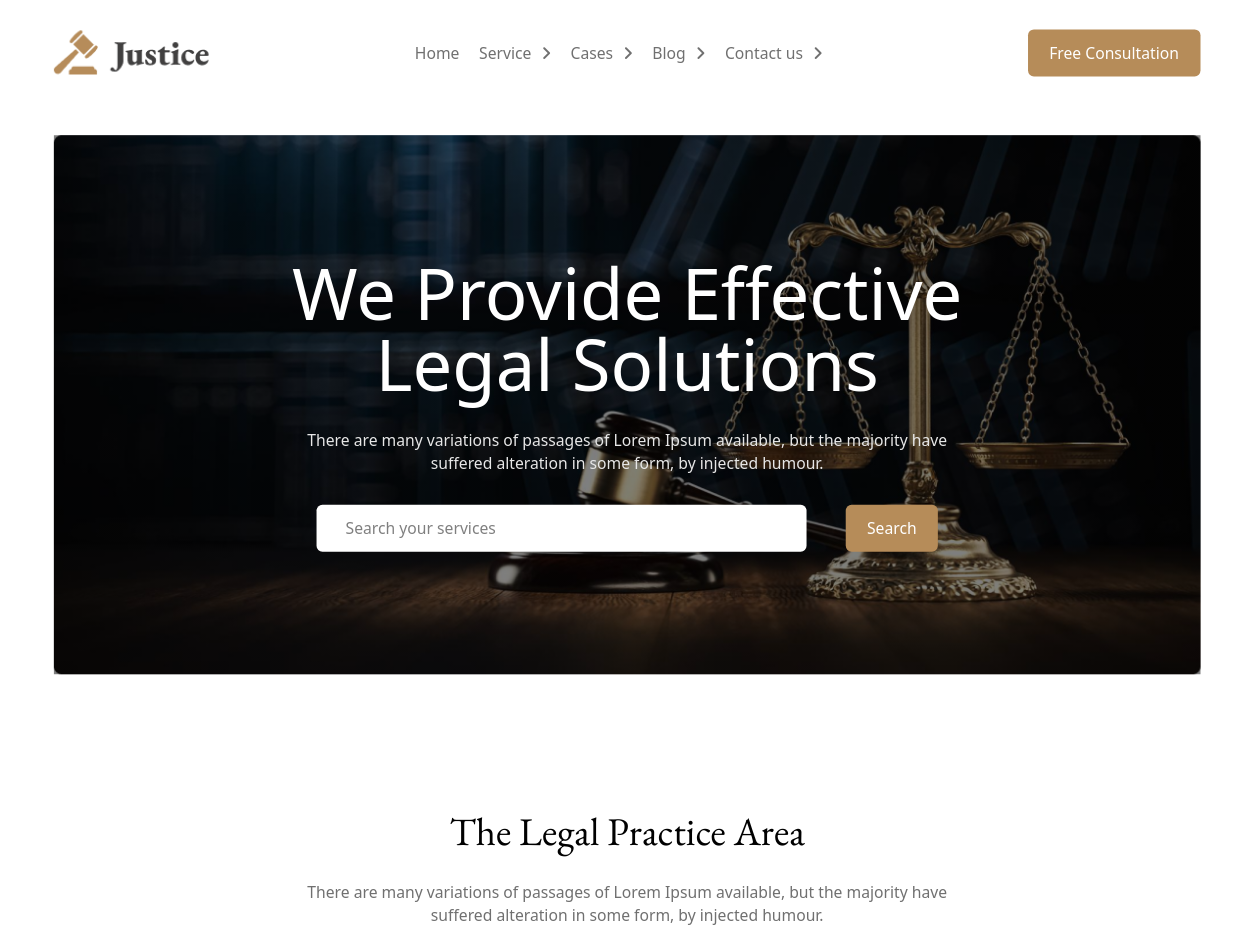
Repository: nahid-hasann/website-6
Page: index.html
The author's editor kept a copy of each file at every save. The page is drawn from the files as they stood at one save, then again after the next save.
The browser window is 1280 px wide. The pictures show the whole page, at 98% of full size.

Above is the page before, as saved 2025-07-20 23:39:03.

After the next save:
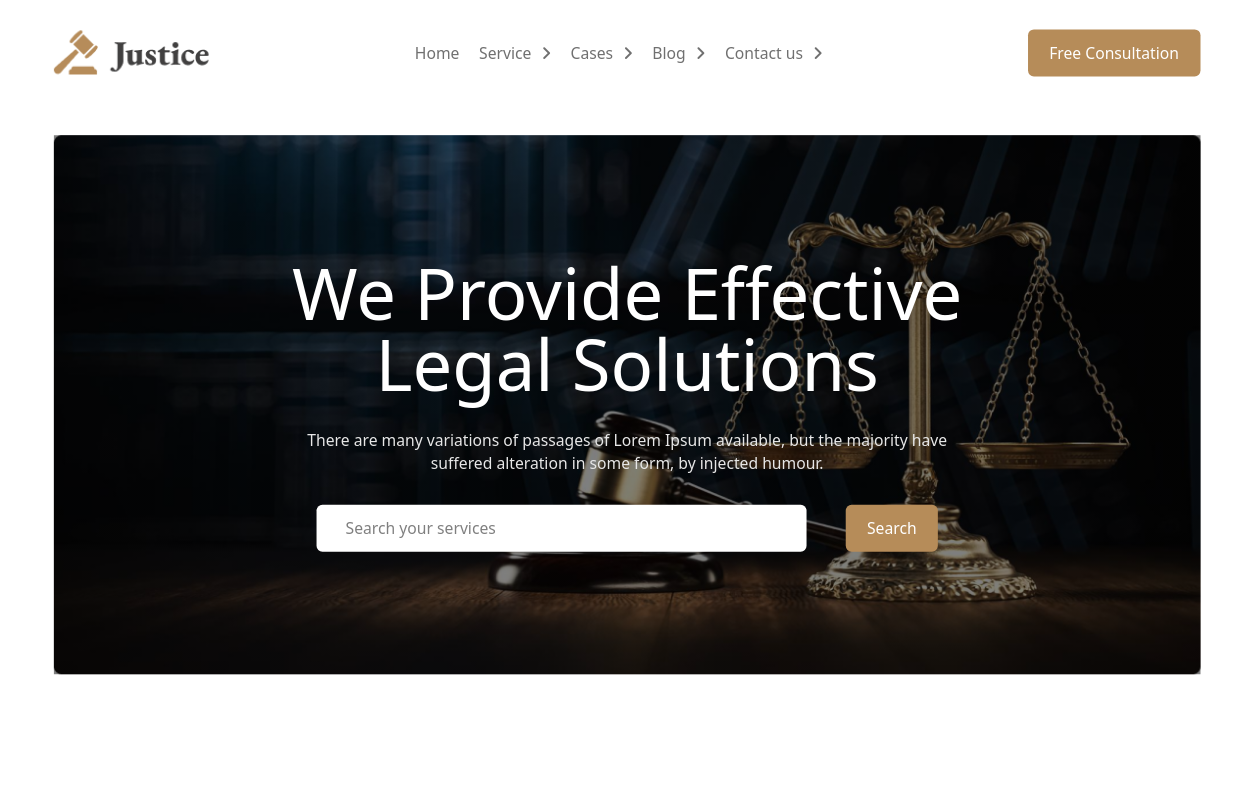
Saved 18 s later.
--- a/index.html
+++ b/index.html
@@ -47,12 +47,7 @@
 
 
 <main class="w-[1170px] mx-auto">
-    <div class="card-section">
-        <div class="card-content">
-            <h1 class="eb-garamond-ok text-[40px] text-center ">The Legal Practice Area</h1>
-            <p class="text-center text-[#707070] my-[20px]">There are many variations of passages of Lorem Ipsum available, but the majority have <br> suffered alteration in some form, by injected humour.</p>
-        </div>
-    </div>
+
 </main>
 
 

After the save that followed:
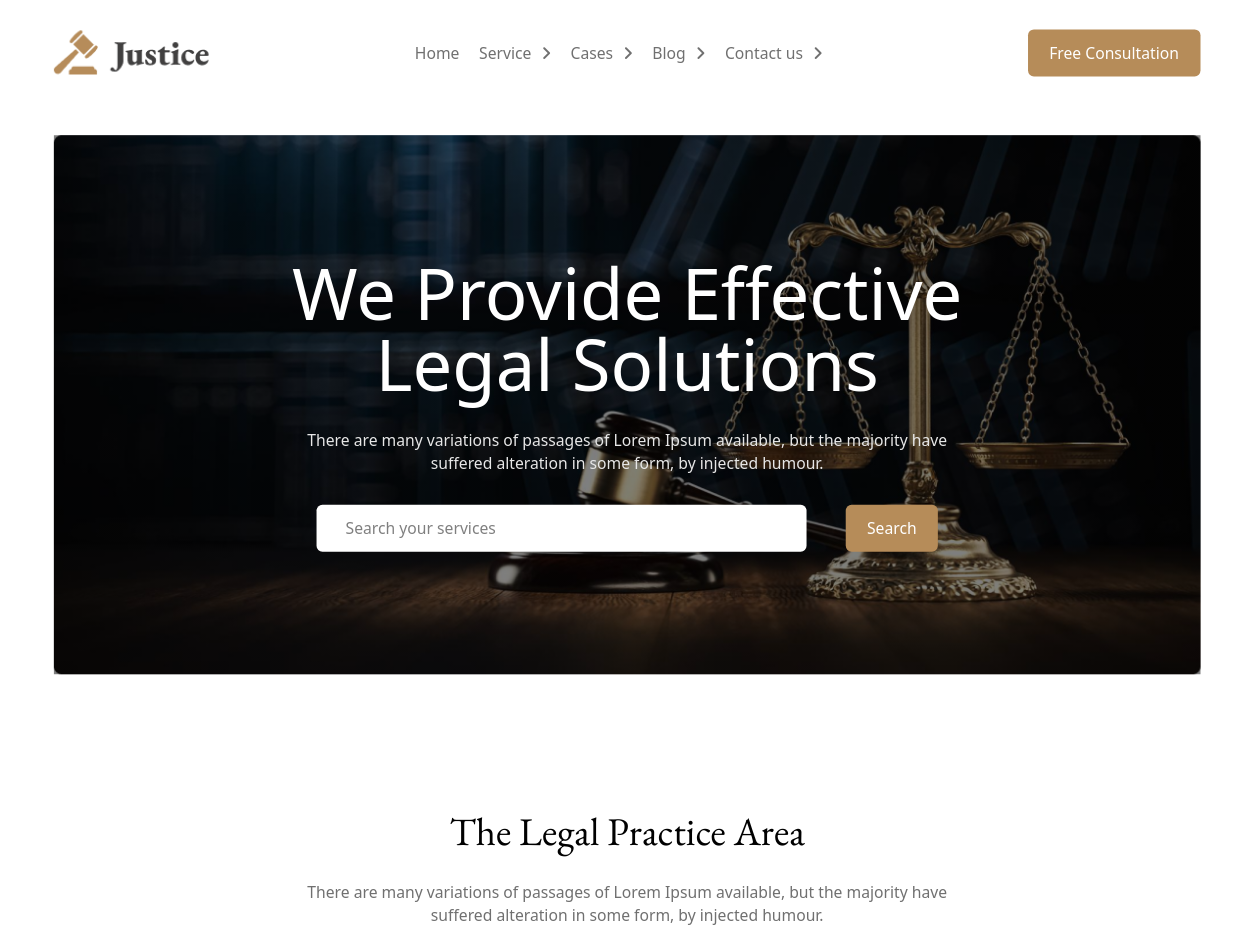
Saved 4 s later.
--- a/index.html
+++ b/index.html
@@ -47,7 +47,14 @@
 
 
 <main class="w-[1170px] mx-auto">
-
+    <section>
+        <div class="card-section">
+        <div class="card-content">
+            <h1 class="eb-garamond-ok text-[40px] text-center ">The Legal Practice Area</h1>
+            <p class="text-center text-[#707070] my-[20px]">There are many variations of passages of Lorem Ipsum available, but the majority have <br> suffered alteration in some form, by injected humour.</p>
+        </div>
+    </div>
+    </section>
 </main>
 
 
